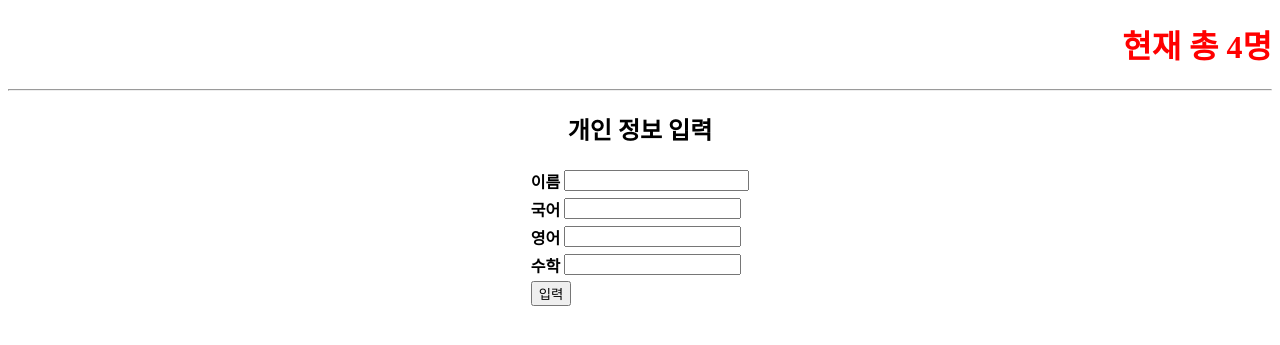
Repository: jim698/Practice
Page: http://localhost/today_test/
These files come from the project's save history. The page is drawn as it stood at one moment and after the next save; the edit follows.
The browser window is 1280 px wide. The pictures show the whole page.
The page is served by Tomcat 9. Other server files are loaded and not shown.

Above is the page before, as saved 2020-03-30 06:40:07.

### today_test/src/main/webapp/index.jsp
<%@ page language="java" contentType="text/html; charset=UTF-8"
    pageEncoding="UTF-8"%>
<%@ taglib prefix="c" uri="http://java.sun.com/jsp/jstl/core"  %>
<c:set var="conPath" value="${pageContext.request.contextPath }"/>
<!DOCTYPE html>
<html>
<head>
<meta charset="UTF-8">
<title>Insert title here</title>
<link href="${conPath }/css/style.css" rel="stylesheet">
<!-- </head> -->
<body>
	<jsp:forward page="inputForm.do"></jsp:forward>
</body>
</html>

### today_test/src/main/webapp/WEB-INF/views/inputForm.jsp
<%@ page language="java" contentType="text/html; charset=UTF-8"
	pageEncoding="UTF-8"%>
<%@ taglib prefix="c" uri="http://java.sun.com/jsp/jstl/core"%>
<c:set var="conPath" value="${pageContext.request.contextPath }" />
<!DOCTYPE html>
<html>
<head>
<meta charset="UTF-8">
<title>Insert title here</title>
<link href="${conPath }/css/style.css" rel="stylesheet">
</head>
<body>

	<h1>${msg }</h1>
	<hr>
	<form action="${conPath }/input.do" method="get">
	<h2>개인 정보 입력</h2>
		<table>
			<tr>
				<th>이름</th>
				<td><input type="text" name="name" required="required"></td>
			</tr>
			<tr>
				<th>국어</th>
				<td><input type="number" name="kor" min=1 max=100 class="number"></td>
			</tr>
			<tr>
				<th>영어</th>
				<td><input type="number" name="eng" min=1 max=100 class="number"></td>
			</tr>
			<tr>
				<th>수학</th>
				<td><input type="number" name="mat" min=1 max=100 class="number"></td>
			</tr>
			<tr>
				<td colspan="2"><input type="submit" value="입력"></td>
			</tr>
		</table>
	</form>
</body>
</html>

### today_test/src/main/webapp/css/style.css
@charset "UTF-8";


h1{
	color:red;
	text-align:right;
}

h2{
	text-align: center;
}

table{
	margin:0 auto;
}

.number{
	width:169px;
}

After the next save:
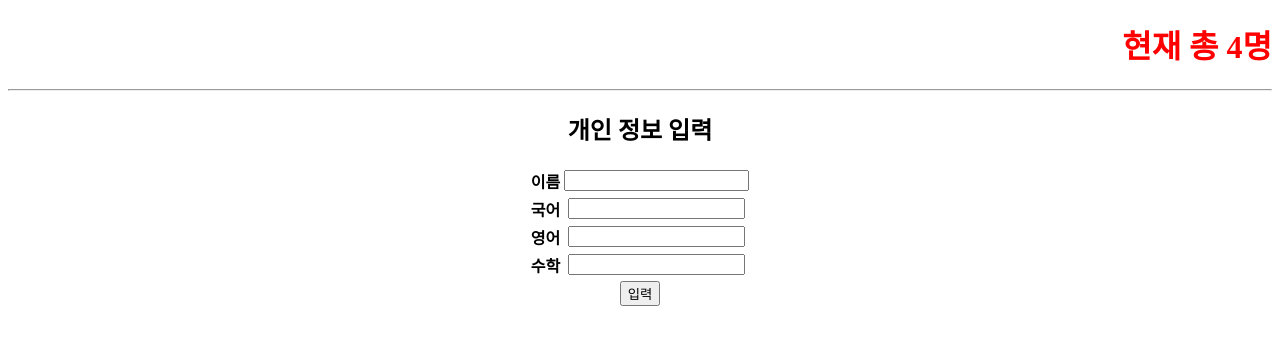
Saved 27 s later.
--- a/today_test/src/main/webapp/css/style.css
+++ b/today_test/src/main/webapp/css/style.css
@@ -14,6 +14,10 @@ table{
 	margin:0 auto;
 }
 
+table td{
+	text-align: center;
+}
+
 .number{
 	width:169px;
 }
